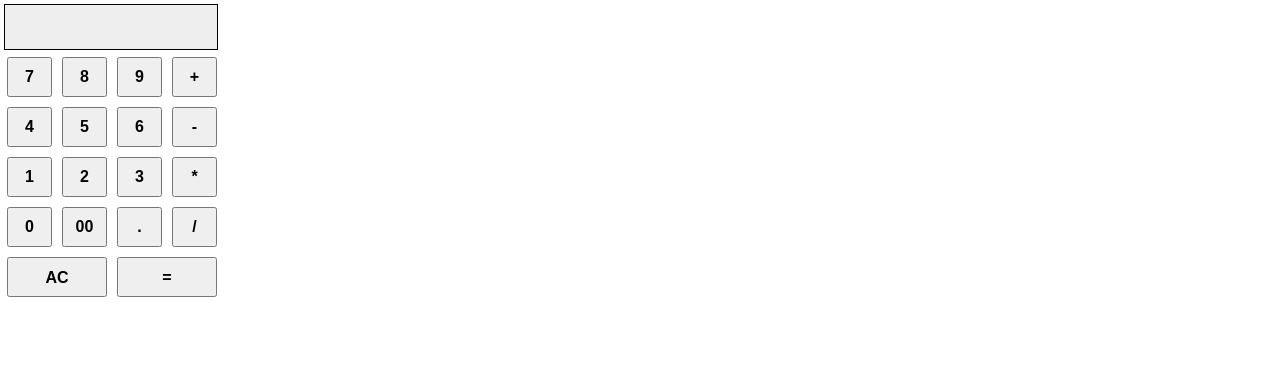
Repository: Kokoro-jp/calculatorApp
Page: index.html
The author's editor kept a record of every edit. The page is drawn from the files as they stood at one moment, then again after the next edit.
The browser window is 1280 px wide. The pictures show the whole page.

Above is the page before.

### index.html
<!DOCTYPE html>
    <html lang="ja">
      <head>
        <meta charset="utf-8">
        <link rel="stylesheet" href="main.css">
        <title>Calculator</title></title>
      </head>

      <body>
        <table>
          <tr>
            <td><div id="display"></div></td>
          </tr>

          <tr>
            <td><button onclick="clickbutton(this)">7</button></td>
            <td><button onclick="clickbutton(this)">8</button></td>
            <td><button onclick="clickbutton(this)">9</button></td>
            <td><button onclick="edit(this)">+</button></td>
          </tr>

          <tr>
            <td><button onclick="clickbutton(this)">4</button></td>
            <td><button onclick="clickbutton(this)">5</button></td>
            <td><button onclick="clickbutton(this)">6</button></td>
            <td><button onclick="edit(this)">-</button></td>
          </tr>

          <tr>
            <td><button onclick="clickbutton(this)">1</button></td>
            <td><button onclick="clickbutton(this)">2</button></td>
            <td><button onclick="clickbutton(this)">3</button></td>
            <td><button onclick="edit(this)">*</button></td>
          </tr>

          <tr>
            <td><button onclick="clickbutton(this)">0</button></td>
            <td><button onclick="clickbutton(this)">00</button></td>
            <td><button onclick="edit(this)">.</button></td>
            <td><button onclick="edit(this)">/</button></td>
          </tr>

          <tr>
            <td><button class="longbutton" onclick="reset(this)">AC</button></td>
            <td><button class="longbutton" onclick="equal(this)">=</button></td>
          </tr>

        </table>



      <script src="main.js"></script>
      </body>



    </html>

### main.css
*{
    margin: 0;
    padding: 0;
}


button{
    width: 45px;
    height: 40px;
    outline: none;
    box-shadow: none;
    margin: 5px;
    font-size: 16px;
    font-weight: bold;
}

#display{
    width: 208px;
    height: 40px;
    margin: 2px;
    background-color: #EEE;
    text-align: right;
    padding: 2px;
    box-shadow: none;
    outline: none;
    font-weight: bold;
    border: solid black 1px;
}


table{
    width:185px;
    table-layout: fixed;
    text-align: center;
}

.longbutton{
    display: flex;
    width: 100px;
    justify-content:center;
    padding-top: 10px;
}

tr{
    display: flex;
}

### main.js
let result = document.getElementById("display");

function equal() {
    result.innerHTML = eval(result.innerHTML);
}

function reset() {
    result.innerHTML ="";
}

function clickbutton(target){
    let input = target.innerHTML;
    if(result.innerHTML == "0" || result.innerHTML == "00") {
        result.innerHTML = input;
    }else{
        result.innerHTML +=input;
    }
}

function edit(target){
    let input = target.innerHTML;

    if(result.innerHTML.slice(-1) == "-") {
        return;
    }else if(result.innerHTML.slice(-1) == "+"){
        return;
    }else if(result.innerHTML.slice(-1) == "*"){
        return;
    }else if(result.innerHTML.slice(-1) == "/"){
        return;
    }else if(result.innerHTML.slice(-1) == "."){
        return;
    }else{
        result.innerHTML += input;
    }
}

After the next edit:
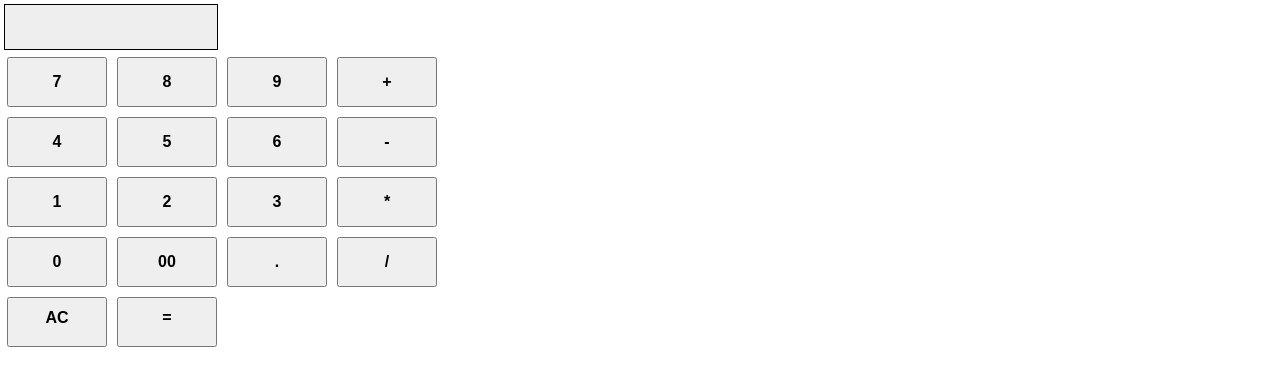
The edit:
--- a/main.css
+++ b/main.css
@@ -5,8 +5,8 @@
 
 
 button{
-    width: 45px;
-    height: 40px;
+    width: 100px;
+    height: 50px;
     outline: none;
     box-shadow: none;
     margin: 5px;
